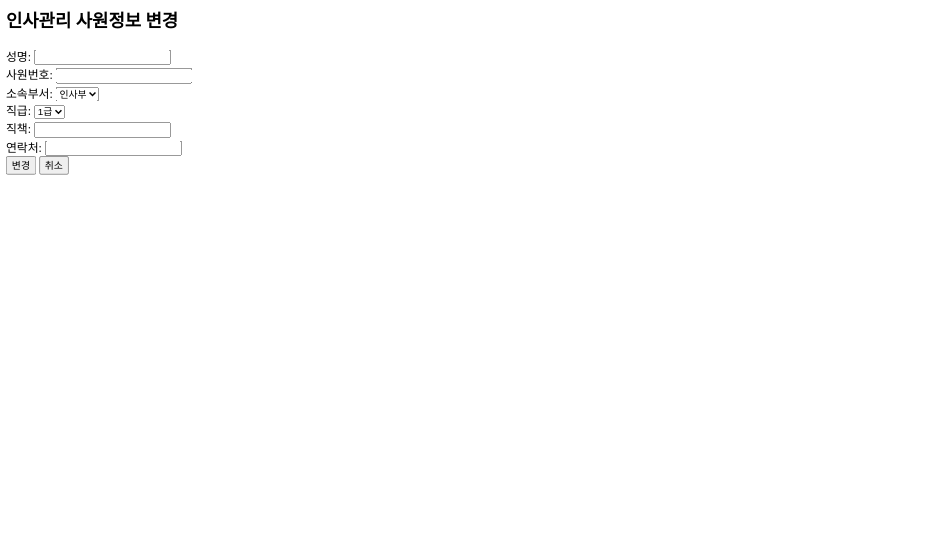
Repository: guguping/finalTestStudy
Page: http://localhost/test1/updateMemberForm.jsp
An editor plug-in stored every save of this project. The page is shown before and after the next save, followed by the edit.
The browser window is 1280 px wide. The pictures show the whole page, at 74% of full size.
The page is served by Tomcat 9.

Above is the page before, as saved 2023-07-28 04:29:56.

After the next save:
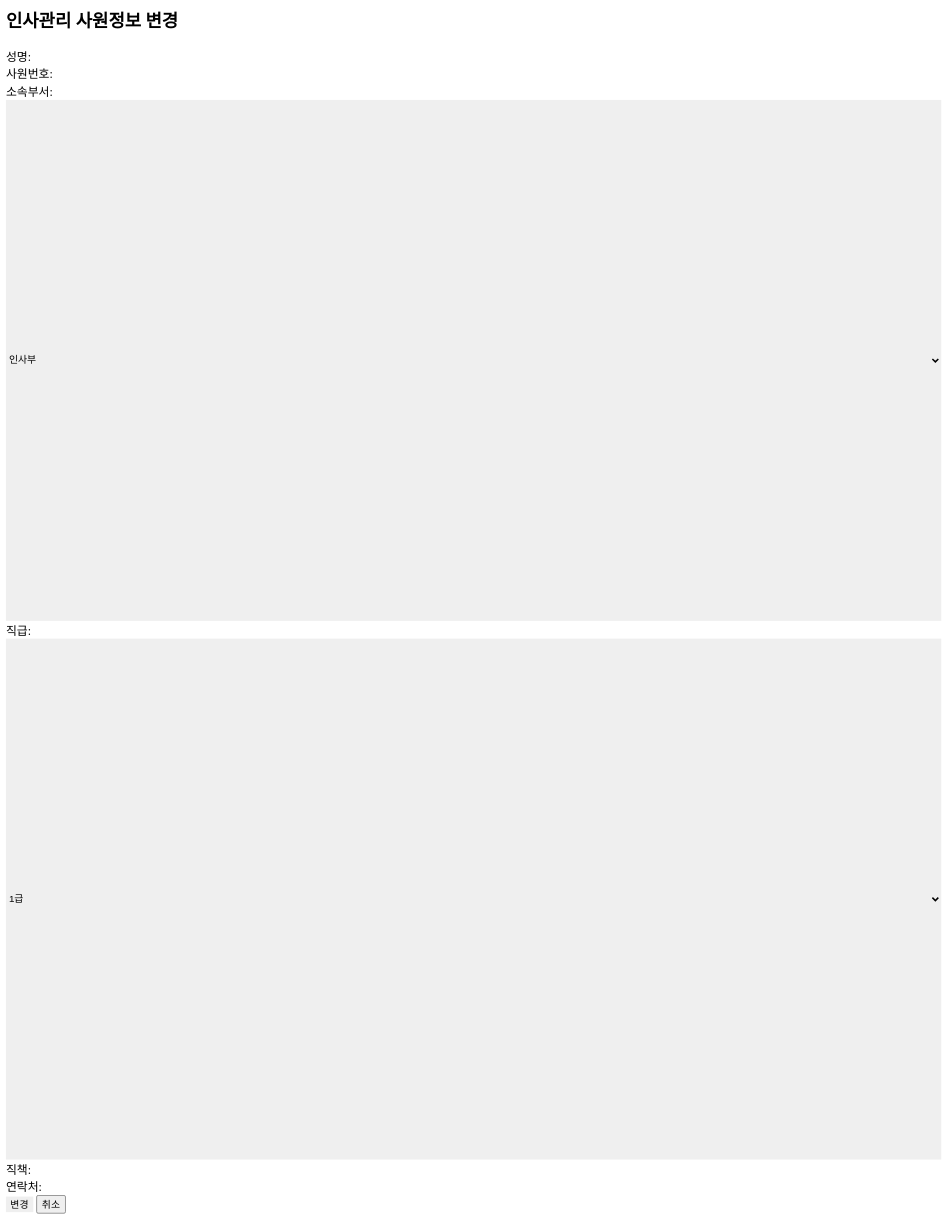
Saved 69 s later.
--- a/test1/src/main/webapp/updateMemberForm.jsp
+++ b/test1/src/main/webapp/updateMemberForm.jsp
@@ -2,6 +2,23 @@
 <html>
 <head>
     <title>Title</title>
+    <style>
+	table, tr, th {
+		border: 1px solid black;
+		text-align: center;
+		box-sizing: border-box;
+	}
+	input {
+		border: none;
+		outline: none;
+	}
+	select {
+		border: none;
+		outline: none;
+		width: 100%;
+		height: 100%;
+	}
+</style>
 </head>
 <body>
     <h2>인사관리 사원정보 변경</h2>

After the save that followed:
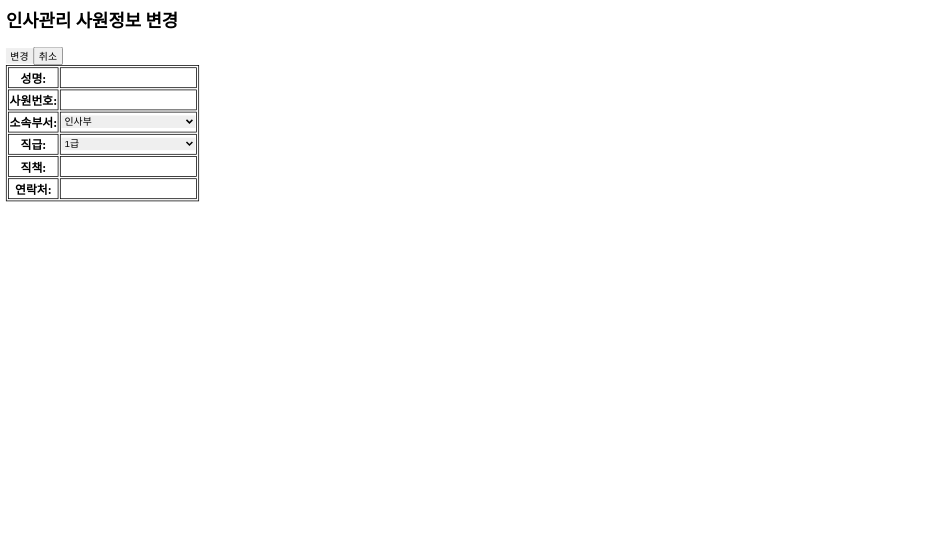
Saved 53 s later.
--- a/test1/src/main/webapp/updateMemberForm.jsp
+++ b/test1/src/main/webapp/updateMemberForm.jsp
@@ -23,24 +23,44 @@
 <body>
     <h2>인사관리 사원정보 변경</h2>
     <form action="updateMember.jsp">
-        성명: <input type="text" name="name"><br>
-        사원번호: <input type="text" name="id"><br>
-        소속부서: <select name="dept">
-        <option value="인사부">인사부</option>
-        <option value="기획부">기획부</option>
-        <option value="홍보부">홍보부</option>
-        <option value="영업부">영업부</option>
-        <option value="경리부">경리부</option>
-    </select><br>
-        직급: <select name="position">
-        <option value="1">1급</option>
-        <option value="2">2급</option>
-        <option value="3">3급</option>
-        <option value="4">4급</option>
-    </select><br>
-        직책: <input type="text" name="duty"><br>
-        연락처: <input type="text" name="phone"><br>
+        <table>
+		<tr>
+			<th><label for="name">성명: </label></th>
+			<th><input type="text" id="name" name="name"></th>
+		</tr>
+		<tr>
+			<th><label for="id">사원번호: </label></th>
+			<th><input type="text" id="id" name="id"></th>
+		</tr>
+		<tr>
+			<th><label for="dept">소속부서: </label></th>
+			<th><select name="dept">
+					<option value="인사부">인사부</option>
+					<option value="기획부">기획부</option>
+					<option value="홍보부">홍보부</option>
+					<option value="영업부">영업부</option>
+					<option value="경리부">경리부</option>
+				</select></th>
+		</tr>
+		<tr>
+			<th><label for="position">직급: </label></th>
+			<th><select name="position">
+					<option value="1">1급</option>
+					<option value="2">2급</option>
+					<option value="3">3급</option>
+					<option value="4">4급</option>
+				</select></th>
+		</tr>
+		<tr>
+			<th><label for="duty">직책: </label></th>
+			<th><input type="text" id="duty" name="duty"></th>
+		</tr>
+		<tr>
+			<th><label for="phone">연락처: </label></th>
+			<th><input type="text" id="phone" name="phone"></th>
+		</tr>
         <input type="submit" value="변경"> <button type="button" onclick="location.href='index.jsp'">취소</button>
+        </table>
     </form>
 
 </body>
